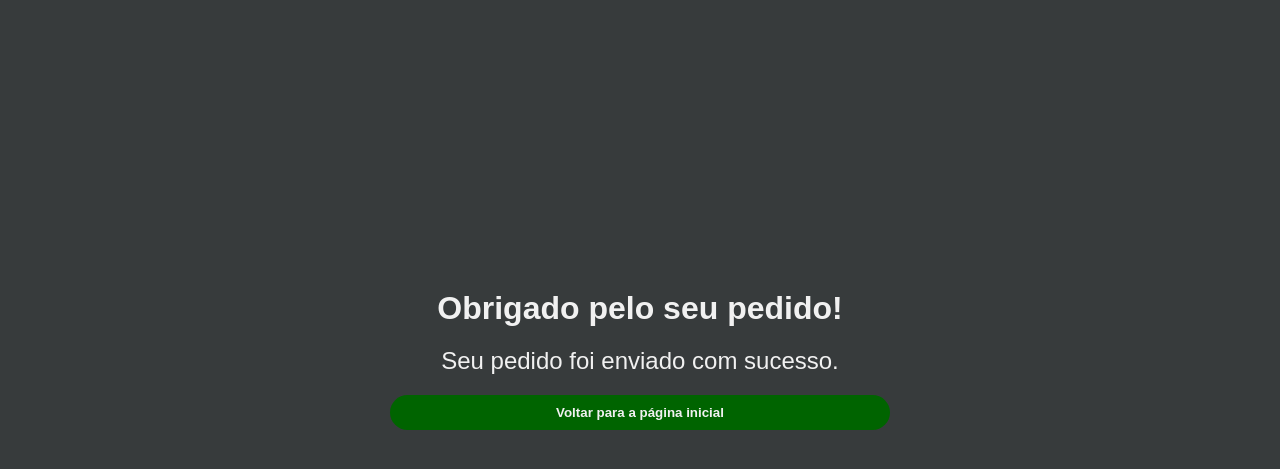
Repository: Marinalr-25/Projeto-Aparelhos-de-Academia
Page: thanks.html
An editor plug-in stored every save of this project. The page is shown before and after the next save, followed by the edit.
The browser window is 1280 px wide. The pictures show the whole page.

Above is the page before, as saved 2025-01-14 14:17:46.

After the next save:
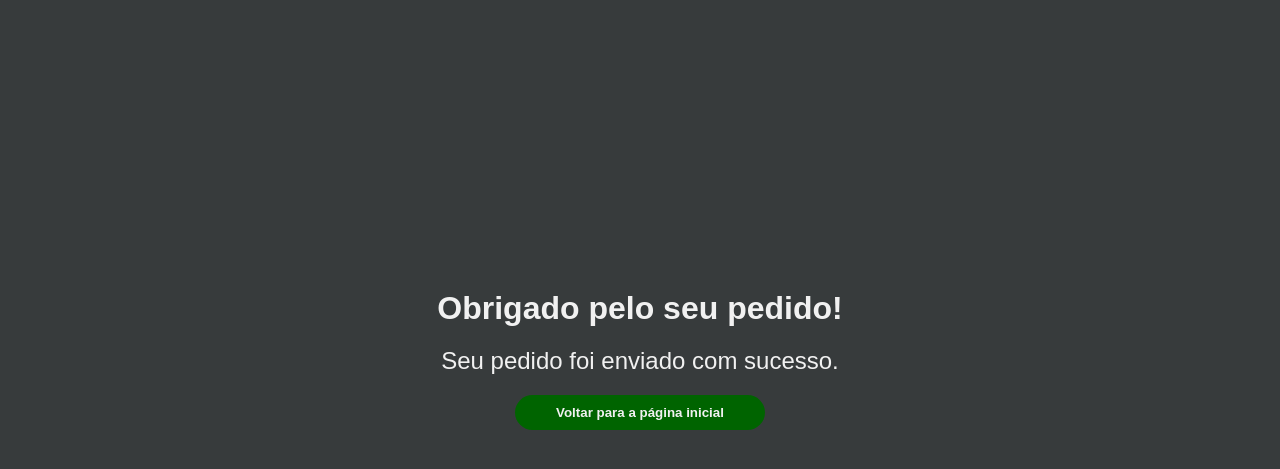
Saved 5 s later.
--- a/css/thanks.css
+++ b/css/thanks.css
@@ -35,5 +35,5 @@ body {
   font-weight: 600;
   background-color: var(--cor-fundo);
   color: var(--clara);
-  width: 50rem;
+  width: 25rem;
 }
